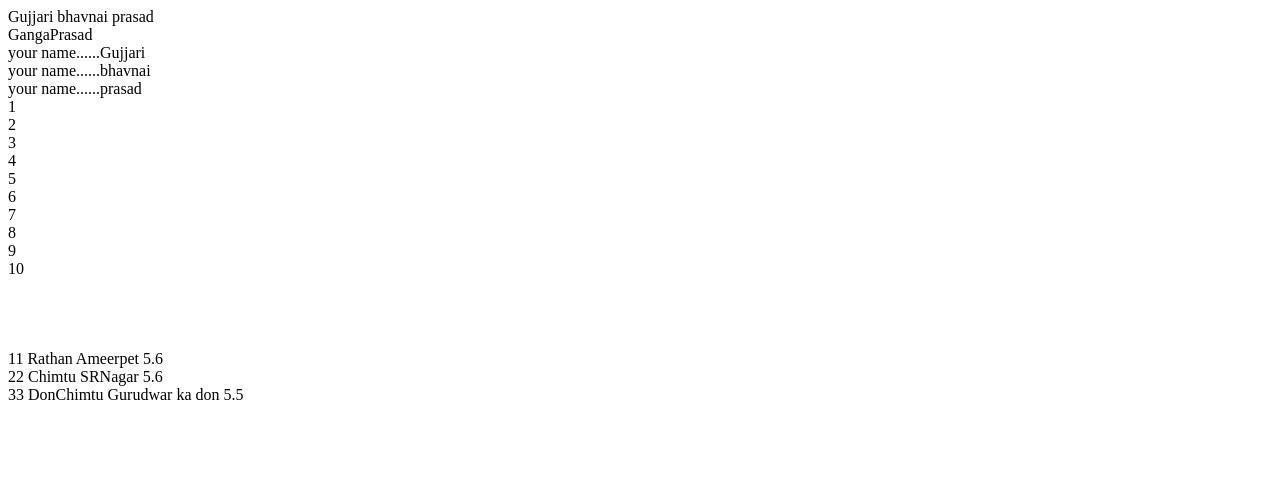
Repository: bpgujjari/Java-Logics
Page: http://localhost/JSTLExample/jstlEx.jsp
An editor plug-in stored every save of this project. The page is shown before and after the next save, followed by the edit.
The browser window is 1280 px wide. The pictures show the whole page.
The page is served by Tomcat 9.

Above is the page before, as saved 2023-03-10 17:29:08.

After the next save:
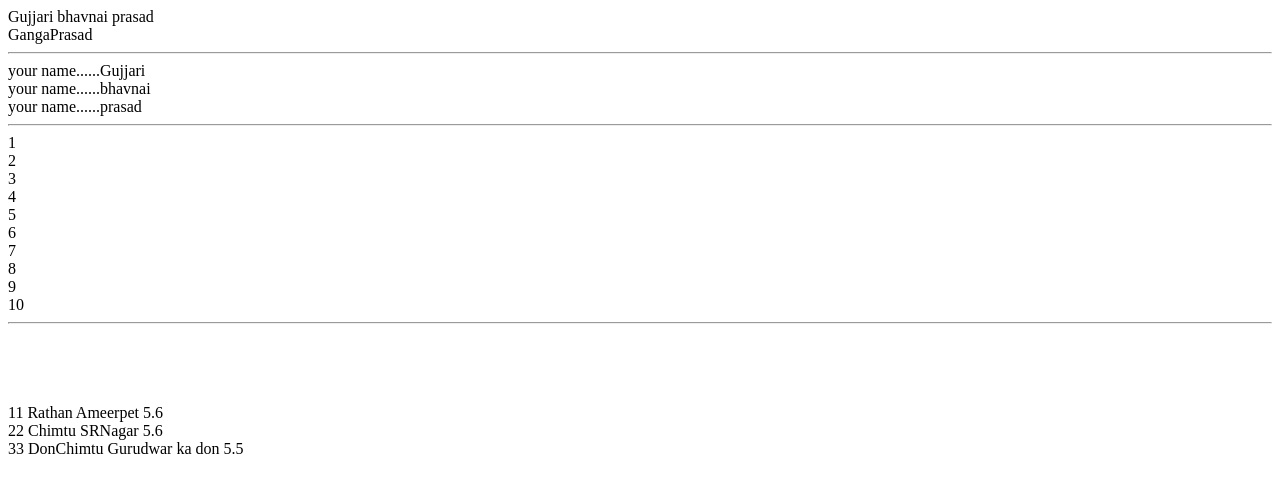
Saved 54 s later.
--- a/conditional and looping programs/RathanSir/JSTLExample/src/main/webapp/jstlEx.jsp
+++ b/conditional and looping programs/RathanSir/JSTLExample/src/main/webapp/jstlEx.jsp
@@ -26,15 +26,15 @@ for(String name:names)
 	out.println(name);
 }
 %><br>
-<c:out value="${name1}"></c:out><br>
+<c:out value="${name1}"></c:out><br><hr>
 <c:forEach var="names" items="${names}">
 your name......${names}<br>
-</c:forEach>
+</c:forEach><hr>
 
 
 <c:forEach var="num" begin="1" end="10">
 ${num }<br>
-</c:forEach>
+</c:forEach><hr>
 <br><br><br><br>
 <c:forEach var="guja" items="${students}">
 ${guja.id}
